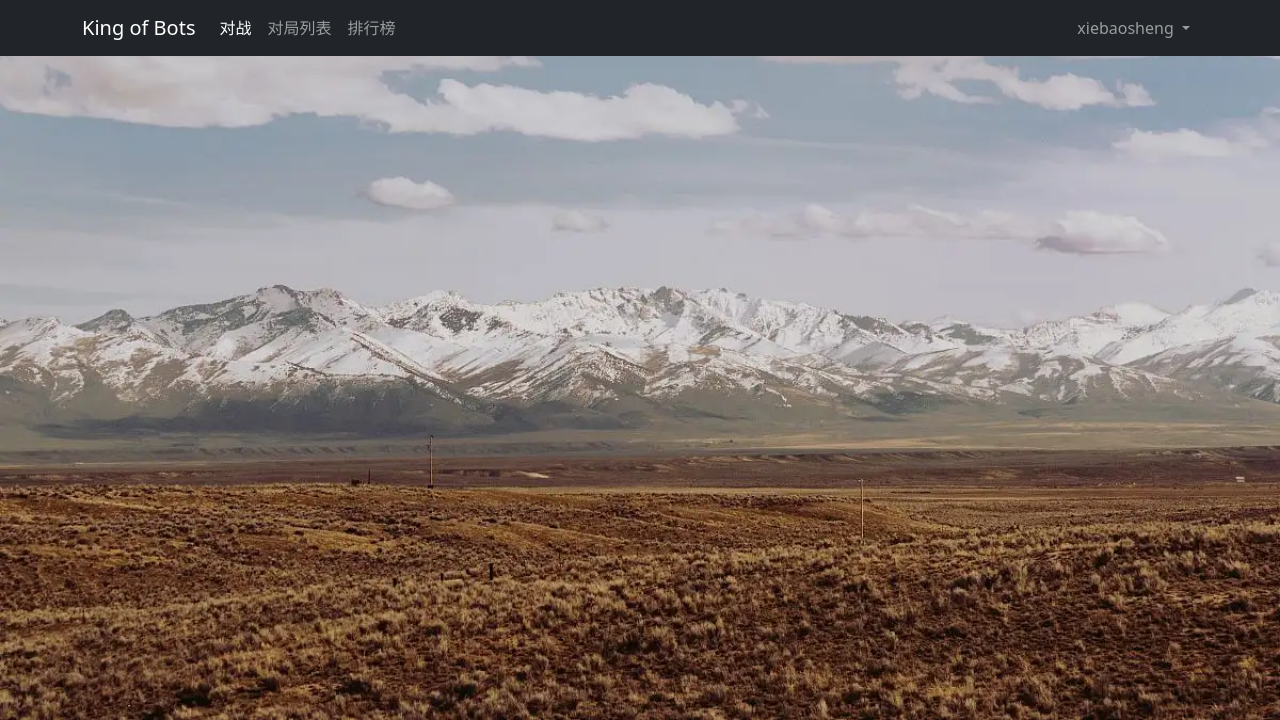
Repository: XieBaosheng/kob
Page: / (app in web/)
These files come from the project's save history. The page is drawn as it stood at one moment and after the next save; the edit follows.
The browser window is 1280 px wide. The pictures show the whole page.
The project was rebuilt for these pictures with package versions that can differ from the ones it lists, and the page was loaded fresh each time. Also part of the build but not shown: web/vue.config.js, web/src/components/ContentField.vue, web/src/views/record/RecordIndexView.vue, web/src/views/ranklist/RanklistIndexView.vue, web/src/views/user/bot/UserBotIndexView.vue, web/src/views/error/NotFound.vue.

Above is the page before, as saved 2024-05-26 22:01:47.

### web/src/App.vue
<template>
  <NavBar />
  <router-view/>
</template>

<script>
import NavBar from './components/NavBar.vue';
import "bootstrap/dist/css/bootstrap.min.css"
import "bootstrap/dist/js/bootstrap"
export default {
  components: {
    NavBar
  }
}
</script>

<style>
body {
  background-image: url("@/assets/images/background.png");
  background-size: cover;
}
</style>

### web/src/router/index.js
import { createRouter, createWebHistory } from 'vue-router'
import PkIndexView from '../views/pk/PkIndexView'
import RecordIndexView from '../views/record/RecordIndexView'
import RanklistIndexView from '../views/ranklist/RanklistIndexView'
import UserBotIndexView from '../views/user/bot/UserBotIndexView'
import NotFound from '../views/error/NotFound'



const routes = [
  {
    path: "/",
    name: "home",
    redirect: "/pk/",
  },
  {
    path: '/pk/',
    name: 'pk_index',
    component: PkIndexView,
  },
  {
    path: '/record/',
    name: 'record_index',
    component: RecordIndexView,
  },
  {
    path: '/ranklist/',
    name: 'ranklist_index',
    component: RanklistIndexView,
  },
  {
    path: '/user/bot/',
    name: 'user_bot_index',
    component: UserBotIndexView,
  },
  {
    path: '/404/',
    name: '404',
    component: NotFound,
  },
  {
    path: '/:catchAll(.*)',
    redirect: '/404/',
  },
]

const router = createRouter({
  history: createWebHistory(),
  routes
})

export default router

### web/src/components/NavBar.vue
<template>
<nav class="navbar navbar-expand-lg navbar-dark bg-dark">
<div class="container">
    <router-link class="navbar-brand" :to="{name: 'home'}">King of Bots</router-link>
    <div class="collapse navbar-collapse" id="navbarText">
        <ul class="navbar-nav me-auto mb-2 mb-lg-0">
        <li class="nav-item">
            <router-link :class="route_name == 'pk_index' ? 'nav-link active' : 'nav-link'" :to="{name: 'pk_index'}">对战</router-link>
        </li>
        <li class="nav-item">
            <router-link :class="route_name == 'record_index' ? 'nav-link active': 'nav-link'" :to="{name: 'record_index'}">对局列表</router-link>
        </li>
        <li class="nav-item">
            <router-link :class="route_name == 'ranklist_index' ? 'nav-link active': 'nav-link'" :to="{name: 'ranklist_index'}">排行榜</router-link>
        </li>
        </ul>
        <ul class="navbar-nav">
            <li class="nav-item dropdown">
                <a class="nav-link dropdown-toggle" href="#" id="navbarDropdown" role="button" data-bs-toggle="dropdown" aria-expanded="false">
                xiebaosheng
                </a>
                <ul class="dropdown-menu" aria-labelledby="navbarDropdown">
                    <li>
                        <router-link class="dropdown-item" :to="{name: 'user_bot_index'}">我的Bot</router-link>
                    </li>
                    <li><hr class="dropdown-divider"></li>
                    <li><a class="dropdown-item" href="#">退出</a></li>
                </ul>
            </li>
        </ul>
    </div>
</div>
</nav>
</template>

<script>
import { useRoute } from 'vue-router'
import { computed } from 'vue'
export default {
    setup() {
        const route = useRoute();
        let route_name = computed(() => route.name)
        return {
            route_name
        }
    }
}
</script>

<style scoped>
</style>

### web/src/views/pk/PkIndexView.vue
<template>
<PlayGround/>
</template>

<script>
import PlayGround from '../../components/PlayGround'

export default {
    components: {
        PlayGround
    }
}
</script>

<style scoped>
</style>

### web/src/components/PlayGround.vue
<template>

</template>

<script>
</script>

<style scoped>
</style>

Loaded but not shown: web/public/index.html (common file); web/src/main.js (common file); web/src/store/index.js (common file)

After the next save:
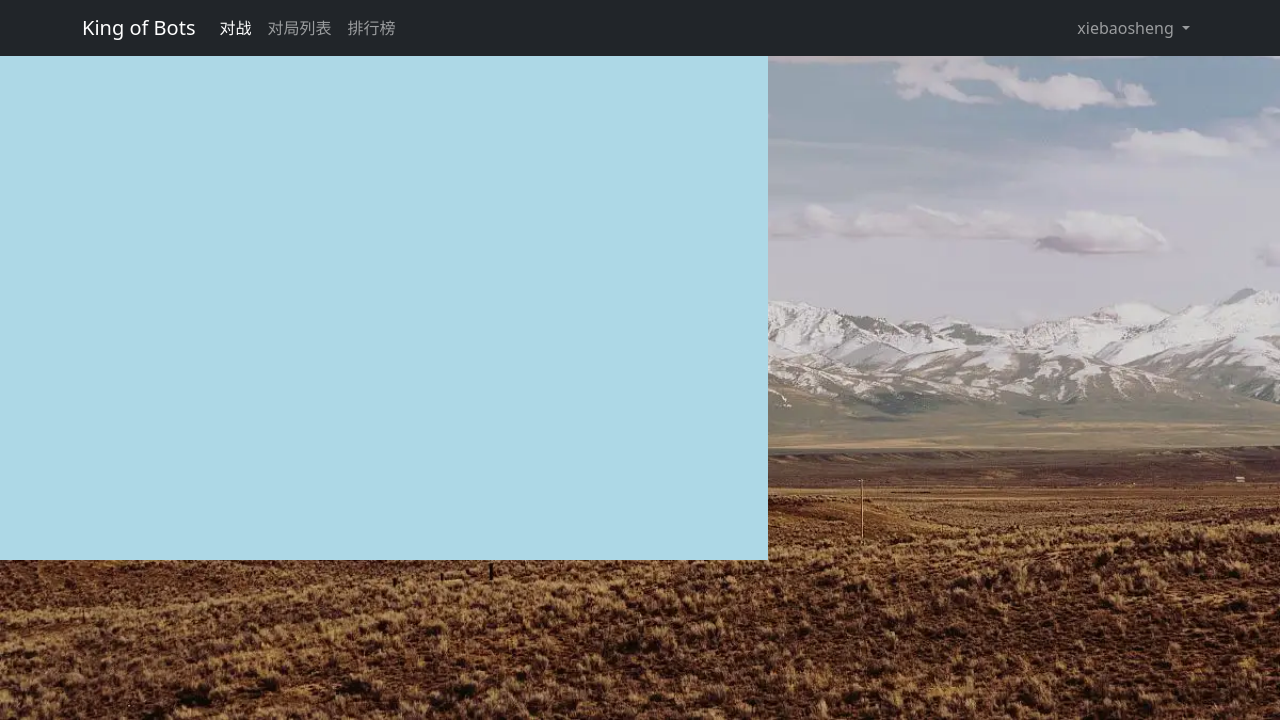
Saved 2 min 15 s later.
--- a/web/src/components/PlayGround.vue
+++ b/web/src/components/PlayGround.vue
@@ -1,9 +1,14 @@
 <template>
-
+<div class="playground"></div>
 </template>
 
 <script>
 </script>
 
 <style scoped>
+div.playground {
+    width: 60vw;
+    height: 70vh;
+    background: lightblue;
+}
 </style>
